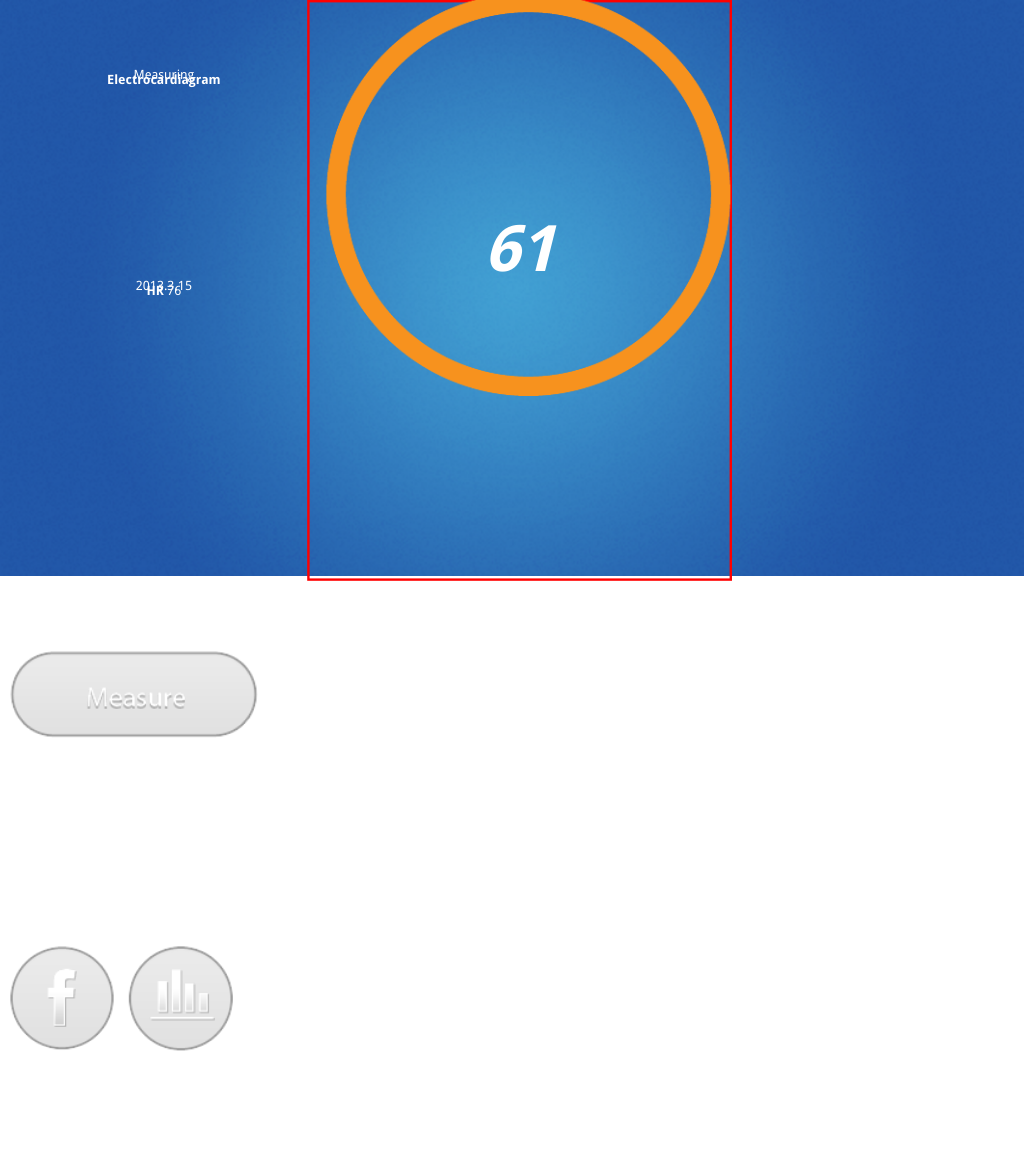
Repository: chouwill79131/IEcontest
Page: BluetoothChat/assets/complete.html
The author's editor kept a copy of each file at every save. The page is drawn from the files as they stood at one save, then again after the next save.
The browser window is 1280 px wide. The pictures show the whole page, at 80% of full size.

Above is the page before, as saved 2013-03-08 18:12:40.
Console error: TypeError: Cannot set properties of null (setting 'innerHTML')

After the next save:
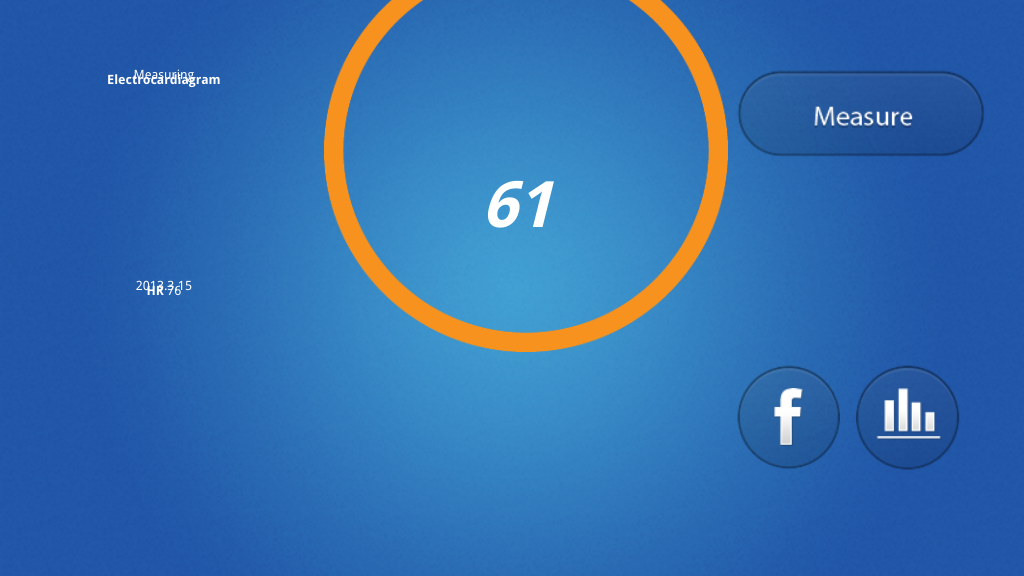
Saved 44 s later.
--- a/BluetoothChat/assets/complete.css
+++ b/BluetoothChat/assets/complete.css
@@ -21,9 +21,9 @@ body { margin:0; padding:0;}
 .date { font-family: droidsans ;}
 #hr { font-family: droidsans ;}
 
-.mid { border:solid red ;width: 41%; }
+.mid { width: 41%; }
 .circle { width: auto; height:70%; margin-left: 4%; }
-.score { color:white ; z-index: 1; text-align:center; margin-top:50% ; font-family: DroidSans-Bold;font-style: italic; ;font-size: 60pt;}
+.score { color:white ; z-index: 1; text-align:center; margin-top:40% ; font-family: DroidSans-Bold;font-style: italic; ;font-size: 60pt;}
 .circle { margin-top: -70%; z-index: 2; }
 
 .right { width: 29%; }
